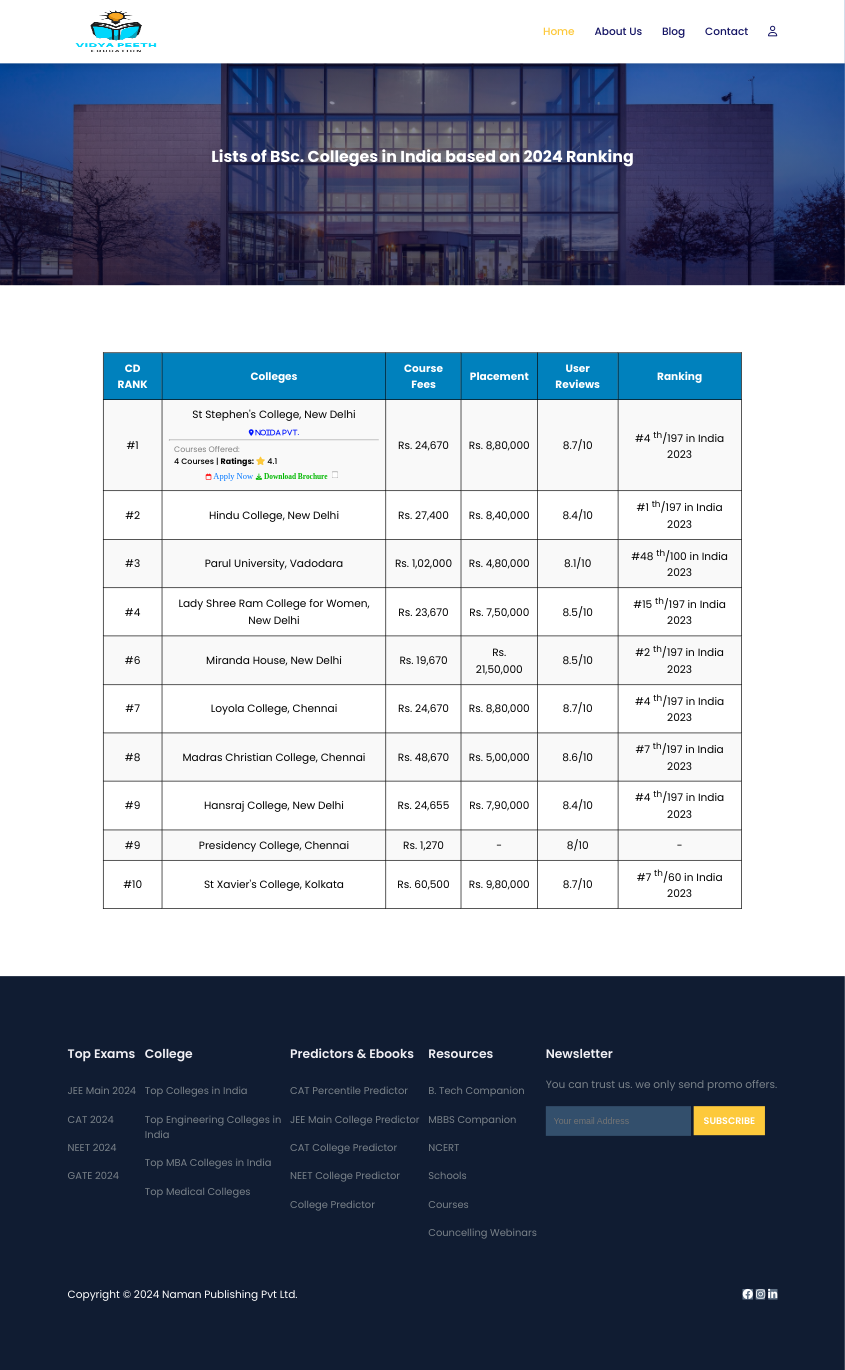
Repository: NamanSahu09/VidyaPreet-Ed-Tech-Website
Page: bsc.html
The author's editor kept a copy of each file at every save. The page is drawn from the files as they stood at one save, then again after the next save.
The browser window is 1280 px wide. The pictures show the whole page, at 66% of full size.
Some web libraries are served in a nearby version.

Above is the page before, as saved 2024-04-12 13:32:53.

### bsc.html
<!DOCTYPE html>
<html lang="en">
<head>
	<meta charset="UTF-8">
	<meta name="viewport" content="width=device-width, initial-scale=1.0">
	<title>Top BSc Colleges in India</title>

	<!-- font Awesome CDN link -->
	<link rel="stylesheet" href="https://cdnjs.cloudflare.com/ajax/libs/font-awesome/6.1.1/css/all.min.css" />

	<!-- External CSS -->
	<!-- <link rel="stylesheet" href="style.css"> -->
	<!-- <link rel="stylesheet" href="about.css"> -->
	<link rel="stylesheet" href="bsc.css">



	<!-- JQuery CDN link -->
	<script src="https://code.jquery.com/jquery-3.6.0.min.js" integrity="sha256-/xUj+3OJU5yExlq6GSYGSHk7tPXikynS7ogEvDej/m4=" crossorigin="anonymous"></script>
</head>
<body>
	<!-- Navigation start -->
	<nav>
		<img src="img/Vidya peeth.png" class="logo" alt="" height="70px"  width="250px"/>

		<div class="navigation">
			<ul>
				<i id="menu-close" class="fas fa-times"></i>
				<li><a href="index.html" class="active">Home</a></li>
				<li><a href="about.html">About Us</a></li>
				<li><a href="blog.html">Blog</a></li>
				<!-- <li><a href="courses.html">Courses</a></li> -->
				<li><a href="contact.html">Contact</a></li>
				<li><a href="#">
					<i class="far fa-user"></i>
					</a>
				</li>


			</ul>

			<img src="img/menu.png" id="menu-btn" alt="">
		</div>
	</nav>
	<!-- Navigation ends -->



  <!-- login sign-up-form -->

  <div class="form">
    <!-- login -->
    <div class="login-form">

      <!-- cancel-btn -->

      <a href="#" class="form-cancel">
        <i class="fas fa-times"></i>
      </a>


      <strong>Log In</strong>
      <!-- inputs -->
      <form >
        <input type="email" placeholder="Example@gmail.com" name="email" required>
        <input type="password" placeholder="Password" name="password" required>
        <!-- submit-btn -->
        <input type="submit" value="Log In">
      </form>

      <!-- Forget-and-signup -->
      <div class="form-btns">
          <a href="#" class="forget">Forget Your Password?</a>
          <a href="#" class="sign-up-btn">Create Account</a>
    </div>

    </div>




     <!-- Sign Up -->
     <div class="sign-up-form">

      <!-- cancel-btn -->

      <a href="#" class="form-cancel">
        <i class="fas fa-times"></i>
      </a>


      <strong>Sign In</strong>
      <!-- inputs -->
      <form >
        <input type="text" placeholder="Full Name" name="fullname" required>
        <input type="email" placeholder="Example@gmail.com" name="email" required>
        <input type="password" placeholder="Password" name="password" required>
        <!-- submit-btn -->
        <input type="submit" value="Sign Up">
      </form>

      <!-- Forget-and-signup -->
      <div class="form-btns">
          <a href="#" class="already-acount">Already have Account?</a>
    </div>

    </div>

  </div>







	<!-- Hero section starts from here -->
	<section id="about-home">
		<h2>
			Lists of BSc. Colleges in India based on 2024 Ranking
		</h2>
	</section>
	<!-- Hero section ends from here -->


	<section id="contact">


		<table cellspacing="10px" cellpadding="10px" border="1" align="center"  class="custom-table">
			<tr align="center">
	<th>CD RANK</th>
	<th>Colleges</th>
	<th>Course Fees</th>
	<th>Placement</th>
	<th>User Reviews</th>
	<th>Ranking</th>
	</tr>

	<tr align="center">
	<td>#1</td>
	<td><a href="https://www.ststephens.edu/">St Stephen's College, New Delhi</a><br>
		<i class="fa-solid fa-location-dot " style="font-size: 10px; "> Noida Pvt.</i>
		<hr>


	<p style="font-size: 12px; color: grey; margin-left: 0.5rem; margin-top: 4px;" align="left">Courses Offered:</p>
	<p align="left" style="margin-left: 0.5rem; font-size: 12px; font-weight: 500; ">4 Courses |
			<b>Ratings: </b><i align="left" class="fa-solid fa-star"></i> 4.1
	</p>



	<i class="fa-regular fa-calendar" align="left"><a href="https://www.ststephens.edu/"> Apply Now </a></i>
	<i class="fa-solid fa-download" align="center"><a href=""> Download Brochure</a></i>
	<input type="checkbox"><span></span>









	</td>
	<td>Rs. 24,670</td>
	<td>Rs. 8,80,000</td>
	<td>8.7/10</td>
	<td>#4 <sup>th</sup>/197 in India 2023 </td>
	</tr>

	<tr align="center">
	<td>#2</td>
	<td><a href="https://hinducollege.ac.in/">Hindu College, New Delhi  </a></td>
	<td>Rs. 27,400</td>
	<td>Rs. 8,40,000</td>
	<td>8.4/10</td>
	<td>#1 <sup>th</sup>/197 in India 2023 </td>
	</tr>	<tr align="center">
	<td>#3</td>
	<td><a href="https://paruluniversity.ac.in/">Parul University, Vadodara</a></td>
	<td>Rs. 1,02,000</td>
	<td>Rs. 4,80,000</td>
	<td>8.1/10</td>
	<td>#48 <sup>th</sup>/100 in India 2023 </td>
	</tr>	<tr align="center">
	<td>#4</td>
	<td>Lady Shree Ram College for Women, New Delhi</td>
	<td>Rs. 23,670</td>
	<td>Rs. 7,50,000</td>
	<td>8.5/10</td>
	<td>#15 <sup>th</sup>/197 in India 2023 </td>
	</tr>	<tr align="center">
	<td>#6</td>
	<td>Miranda House, New Delhi</td>
	<td>Rs. 19,670</td>
	<td>Rs. 21,50,000</td>
	<td>8.5/10</td>
	<td>#2 <sup>th</sup>/197 in India 2023 </td>
	</tr>	<tr align="center">
	<td>#7</td>
	<td>Loyola College, Chennai</td>
	<td>Rs. 24,670</td>
	<td>Rs. 8,80,000</td>
	<td>8.7/10</td>
	<td>#4 <sup>th</sup>/197 in India 2023 </td>
	</tr>	<tr align="center">
	<td>#8</td>
	<td>Madras Christian College, Chennai</td>
	<td>Rs. 48,670</td>
	<td>Rs. 5,00,000</td>
	<td>8.6/10</td>
	<td>#7 <sup>th</sup>/197 in India 2023 </td>
	</tr>	<tr align="center">
	<td>#9</td>
	<td>Hansraj College, New Delhi</td>
	<td>Rs. 24,655</td>
	<td>Rs. 7,90,000</td>
	<td>8.4/10</td>
	<td>#4 <sup>th</sup>/197 in India 2023 </td>
	</tr>	<tr align="center">
	<td>#9</td>
	<td>Presidency College, Chennai</td>
	<td>Rs. 1,270</td>
	<td> - </td>
	<td>8/10</td>
	<td > - </td>
	</tr>	<tr align="center">
	<td>#10</td>
	<td>St Xavier's College, Kolkata</td>
	<td>Rs. 60,500</td>
	<td>Rs. 9,80,000</td>
	<td>8.7/10</td>
	<td>#7 <sup>th</sup>/60 in India 2023 </td>
	</tr>


	</table>












	</section>






<!--
	<section id="map">
		<iframe src="https://www.google.com/maps/embed?pb=!1m18!1m12!1m3!1d30711686.029386617!2d64.41853642919325!3d20.009139591170264!2m3!1f0!2f0!3f0!3m2!1i1024!2i768!4f13.1!3m3!1m2!1s0x30635ff06b92b791%3A0xd78c4fa1854213a6!2sIndia!5e0!3m2!1sen!2sin!4v1652012148253!5m2!1sen!2sin" style="border:0;" allowfullscreen="" loading="lazy" referrerpolicy="no-referrer-when-downgrade"></iframe>
	</section> -->


	<!-- Footer section starts from here -->
	<footer>
		<div class="footer-col">
			<h3>Top Exams</h3>
			<li>JEE Main 2024</li>
			<li>CAT 2024</li>
			<li>NEET 2024</li>
			<li>GATE 2024</li>

		</div>

		<div class="footer-col">
			<h3>College</h3>
			<li>Top Colleges in India</li>
			<li>Top Engineering Colleges in <br>India</li>
			<li>Top MBA Colleges in India</li>
			<li>Top Medical Colleges</li>
		</div>

		<div class="footer-col">
			<h3>Predictors & Ebooks</h3>
			<li>CAT Percentile Predictor</li>
			<li>JEE Main College Predictor</li>
			<li>CAT College Predictor</li>
			<li>NEET College Predictor</li>
			<li>College Predictor</li>
		</div>

		<div class="footer-col">
			<h3>Resources</h3>
			<li>B. Tech Companion</li>
			<li>MBBS Companion</li>
			<li>NCERT</li>
			<li>Schools</li>
			<li>Courses</li>
			<li>Councelling Webinars</li>
		</div>

		<div class="footer-col">
			<h3>Newsletter</h3>
			<p>You can trust us. we only send promo offers.</p>

			<div class="subscribe">
				<input type="email" placeholder="Your email Address">
				<a href="#" class="yellow">SUBSCRIBE</a>
			</div>
		</div>

		<div class="copyright">
			<p align="center">
				Copyright &copy; 2024 Naman Publishing Pvt Ltd.
			</p>
			<div class="pro-links">
				<i class="fab fa-facebook"></i>
				<i class="fab fa-instagram"></i>
				<i class="fab fa-linkedin-in"></i>
			</div>
		</div>
	</footer>
	<!-- Footer section ends from here -->

	<script>
		// Show menu links on burger click
		$('#menu-btn').click(function(){
			$('nav .navigation ul').addClass('active')
		});

		// Hide navbar on click function
		$('#menu-close').click(function(){
			$('nav .navigation ul').removeClass('active')
		});

 /*---For Login and Sign-up----------------------------*/

 $(document).on('click', '.far.fa-user', function(){
    $('.form').addClass('login-active').removeClass('sign-up-active');
});

$(document).on('click', '.sign-up-btn', function(){
    $('.form').removeClass('login-active').addClass('sign-up-active');
});

$(document).on('click', '.form-cancel', function(){
    $('.form').removeClass('login-active').removeClass('sign-up-active');
});

$(document).on('click', '.already-acount', function(){
    $('.form').addClass('login-active').removeClass('sign-up-active');
});


	</script>

</body>
</html>

### bsc.css
@import url('https://fonts.googleapis.com/css2?family=Inter:wght@100;200;300;400;500&family=Poppins:ital,wght@0,100;0,200;0,300;0,400;0,500;0,600;0,700;0,800;0,900;1,700;1,800;1,900&display=swap');
*
{
	margin: 0;
	padding: 0;
	box-sizing: border-box;
}
body
{
	font-family: 'Poppins', sans-serif;
}
h1
{
	font-size: 2.5rem;
	font-weight: 700;
	color: rgb(35, 35, 85);
}

span
{
	font-size: .9rem;
}

h6
{
	font-size: 1.1rem;
	color: rgb(24, 24, 49);
}


/*------------- Navigation style start ------------*/
nav
{
	position: fixed;
	width: 100%;
	background-color: #fff;
	display: flex;
	justify-content: space-between;
	align-items: center;
	padding: 1vw 8vw;
	box-shadow: 2px 2px 10px rgba(0, 0, 0, 0.15);
	z-index: 1;
}

nav .logo
{
	width: 150px;
	cursor: pointer;
}

nav .navigation
{
	display: flex;
}

#menu-btn
{
	width: 30px;
	height: 30px;
	display: none;
}

#menu-close
{
	display: none;
}

nav .navigation ul
{
	display: flex;
	justify-content: flex-end;
	align-items: center;
}

nav .navigation ul li
{
	list-style: none;
	margin-left: 30px;
}

nav .navigation ul li a
{
	text-decoration: none;
	color: rgb(21, 21, 100);
	font-size: 16px;
	font-weight: 500;
	transition: 0.3s ease;
}

nav .navigation ul li a.active,
nav .navigation ul li a:hover
{
	color: #FDC93B;

}
/*------------- Navigation style end ------------*/

/* Login Form and Sign In form */


.form{
  width:100%;
  height: 100%;
  position: fixed;
  /* top: 0px;
  left: 0px; */
  background-color: rgba(0,0,0,0.2);
  display: flex;
  justify-content: center;
  align-items: center;
  flex-direction: column;
  z-index: 102;
}


.login-form,
.sign-up-form{
  width:420px;
  padding: 20px 10px;
  background-color: #ffffff;
  box-shadow: 2px 2px 30px rgba(0,0,0,0.1);
  display: flex;
  justify-content: center;
  align-items: center;
  flex-direction: column;
  border-radius: 5px;
  position: relative;

}
.login-form form,
.sign-up-form form{
  display: flex;
  justify-content: center;
  align-items: center;
  flex-direction: column;
  width: 100%;
}
.login-form strong,
.sign-up-form strong{
  color: #272727;
  font-size: 2rem;
  margin: 2px 7px 7px 7px;
  text-transform: uppercase;
  letter-spacing: 0.5px;
  font-weight: 500;
}
.login-form input,
.sign-up-form input{
  width:90%;
  height: 45px;
  margin: 6px 0px;
  padding: 0px 10px;
  border: 1px solid rgba(0,0,0,0.1);
  outline: none;
  border-radius: 7px;
}
.login-form input::placeholder,
.sign-up-form input::placeholder{
  color: rgba(0,0,0,0.5);
}
.login-form input[type="submit"],
.sign-up-form input[type="submit"]{
  background-color: #0b9d8a;
  color: #ffffff;
  border: none;
  outline: none;
  text-transform: uppercase;
  margin-top: 10px;
  border-radius: 3px;
  box-shadow: 2px 2px 30px rgba(0,0,0,0.1);
}
.form-btns{
  width: 90%;
  display: flex;
  justify-content: space-between;
  align-items: center;
  margin-top: 10px;
}
.form-btns a{
  color: #4d4d4d;
  font-size: 0.9rem;
}
.sign-up-btn{
  border-bottom: 1px solid #868686;
  line-height: 16px;
}
.form-cancel{
  position: absolute;
  right: 20px;
  top: 10px;
  color: #868686;
}
.login-form,
.sign-up-form,
.form{
  display: none;
}
.login-active,
.login-active .login-form{
  display: flex;
  animation: fade 0.3s;
}

.sign-up-active,
.sign-up-active .sign-up-form{
  display: flex;
  animation: fade 0.3s;
}
@keyframes fade{
  0%{
      opacity: 0;
  }
  100%{
      opacity: 1;
  }
}

/* - - - - - - - - - - - - - - - - - - - --  - - - - - - -  */






#contact
{
	padding: 8vw;
	display: flex;
	justify-content: space-between;
	align-items: flex-start;
}



/* ----------------------------------------------------------------------------------------------------- */

/* Table  */


.custom-table {
  width: 90%;
  margin: 0 auto;
  border-collapse: collapse;
}

/* Apply styles to table header cells (th) */
.custom-table th {
  background-color: #0081bd;
	color:white;
  border: 1px solid black;
  padding: 10px;
  text-align: center;
}

/* Apply styles to table data cells (td) */
.custom-table td {
  border: 1px solid black;
  padding: 10px;
  text-align: center;
}

/* Apply alternate background color to even rows */
.custom-table tr:nth-child(even) {
  background-color: #f9f9f9;
}




/* -------------------------------------------------------- */




#about-home {
	background-image: linear-gradient(rgba(9, 5, 54, 0.3), rgba(5, 4, 46, 0.7)), url(img/back1.jpg);
	width: 100%;
	height: 60vh;
	background-size: cover;
	background-position: center center;
	display: flex;
	flex-direction: column;
	justify-content: center;
	align-items: center;
	text-align: center;
	padding-top: 40px;
}

h2 {
	display: block;
	font-size: 1.5em;
	margin-block-start: 0.83em;
	margin-block-end: 0.83em;
	margin-inline-start: 0px;
	margin-inline-end: 0px;
	font-weight: bold;
	unicode-bidi: isolate;
	color:white;
}




table td a
{
	color:black;
	text-decoration: none;
}

table td a:hover
{
	text-decoration: underline;
	color: blue;
}


 .fa-star
{
	color: #fdc93b;
	font-size: .8rem;
}
.star
{
	font-size: 0.7rem;
	/* background-color: #98adb7; */
  /* color:white; */
  padding: 10px;
  text-align: left;
}

.fa-location-dot
{
	color: #0015ff;
	font-size:0.1rem;
	text-align:left;
}



.fa-calendar
{
	font-size: 0.6rem;
	color:red
}

 .fa-calendar a
{
	font-size: 0.8rem;
	color:rgb(0, 119, 255);
	font-family: 'Times New Roman', Times, serif;
}

.fa-download
{
	font-size: 0.6rem;
	color:rgb(0, 184, 0);
}

.fa-download a
{
	font-size: 0.7rem;
	color:rgb(0, 184, 0);
	font-family: 'Times New Roman', Times, serif;
}
input[type="checkbox"] {
  transform: scale(0.8);
  margin-right: 5px;
}


label

{
	font-size: 0.6rem;

}





















































/*------------- Footer section styling starts ------------*/
footer
{
	padding: 8vw;
	background-color: #101c32;
	display: flex;
	justify-content: space-between;
	align-items: flex-start;
	flex-wrap: wrap;
}

footer .footer-col
{
	padding-bottom: 40px;
}

footer h3
{
	color: rgb(241, 240, 245);
	font-weight: 600;
	padding-bottom: 20px;
}

footer li
{
	list-style: none;
	color: #7b838a;
	padding: 10px 0;
	font-size: 15px;
	cursor: pointer;
	transition: 0.3s ease;
}

footer li:hover
{
	color: rgb(241, 240, 245);
}

footer p
{
	color: #7b838a;
}

footer .subscribe
{
	margin-top: 20px;
}

footer input
{
	width: 220px;
	padding: 15px 12px;
	background: #334F6C;
	border: none;
	outline: none;
	color: #fff;
}

footer .subscribe a
{
	text-decoration: none;
	font-size: 0.9rem;
	padding: 12px 15px;
	background-color: #fff;
	font-weight: 600;
}

footer .subscribe a.yellow
{
	color: #fff;
	background: #fdc93b;
	transition: 0.3s ease;
}

footer .subscribe a.yellow:hover
{
	color: rgb(21, 21, 100);
	background: #fff;
}

footer .copyright
{
	margin-top: 20px;
	width: 100%;
	display: flex;
	justify-content: space-between;
	align-items: center;
	flex-wrap: wrap;
}

footer .copyright p, footer .copyright p > a
{
	color: #fff;
	text-decoration: none;
}

footer .copyright .pro-links
{
	margin-top: 0px;
}

footer .copyright .pro-links i
{
	background-color: #5f7185;
	color: #fff;
}

footer .copyright .pro-links i:hover
{
	background: #fdc93b;
	color: #2c2c2c;
}
/*------------- Footer section styling ends ------------*/



/*---------------------------------------------------------*/
/*-------------------- Ipad screen styling ----------------*/
/*---------------------------------------------------------*/
@media screen and (max-width: 789px)
{
	nav
	{
		padding: 15px 20px;
	}

	nav img
	{
		width: 130px;
	}

	#menu-btn
	{
		display: initial;
	}

	#menu-close
	{
		display: initial;
		font-size: 1.6rem;
		color: #fff;
		padding: 30px 0 20px 20px;
	}

	nav .navigation ul
	{
		position: absolute;
		top: 0;
		right: -220px;
		display: flex;
		flex-direction: column;
		justify-content: flex-start;
		align-items: flex-start;
		width: 220px;
		height: 100vh;
		background: rgba(17, 20, 104, 0.45);
		backdrop-filter: blur(4.5px);
		border: 1px solid rgba(255, 255, 255, 0.18);
		transition: 0.3s ease-in;
	}

	nav .navigation ul.active
	{
		right: 0;
	}

	nav .navigation ul li
	{
		padding: 20px 0 20px 40px;
		margin-left: 0;
	}

	nav .navigation ul li a
	{
		color: #fff;
	}

	#home
	{
		padding: 0px;
	}

	#home p
	{
		width: 90%;
	}

	#features
	{
		padding: 8vw 4vw 0 4vw;
	}

	#course
	{
		padding: 8vw 4vw 8vw 4vw;
	}


	#registration
	{
		padding: 6vw 4vw 6vw 4vw;
		gap: 2.2rem;
	}

	#registration .reminder .time
	{
		display: flex;
		justify-content: space-between;
		flex-wrap: wrap;
		margin-top: 40px;
	}

	#experts
	{
		padding: 8vw 4vw 6vw 4vw;
	}

	footer .copyright .pro-links
	{
		margin-top: 20px;
	}
}


@media screen and (max-width: 475px)
{
	#registration
	{
		flex-direction: column;
	}

	.reminder p, .reminder h1
	{
		text-align: center;
	}

	.reminder h1
	{
		font-size: 1.8rem;
	}

	#registration .reminder .time
	{
		justify-content: space-evenly;
		margin-top: 20px;
	}
}

After the next save:
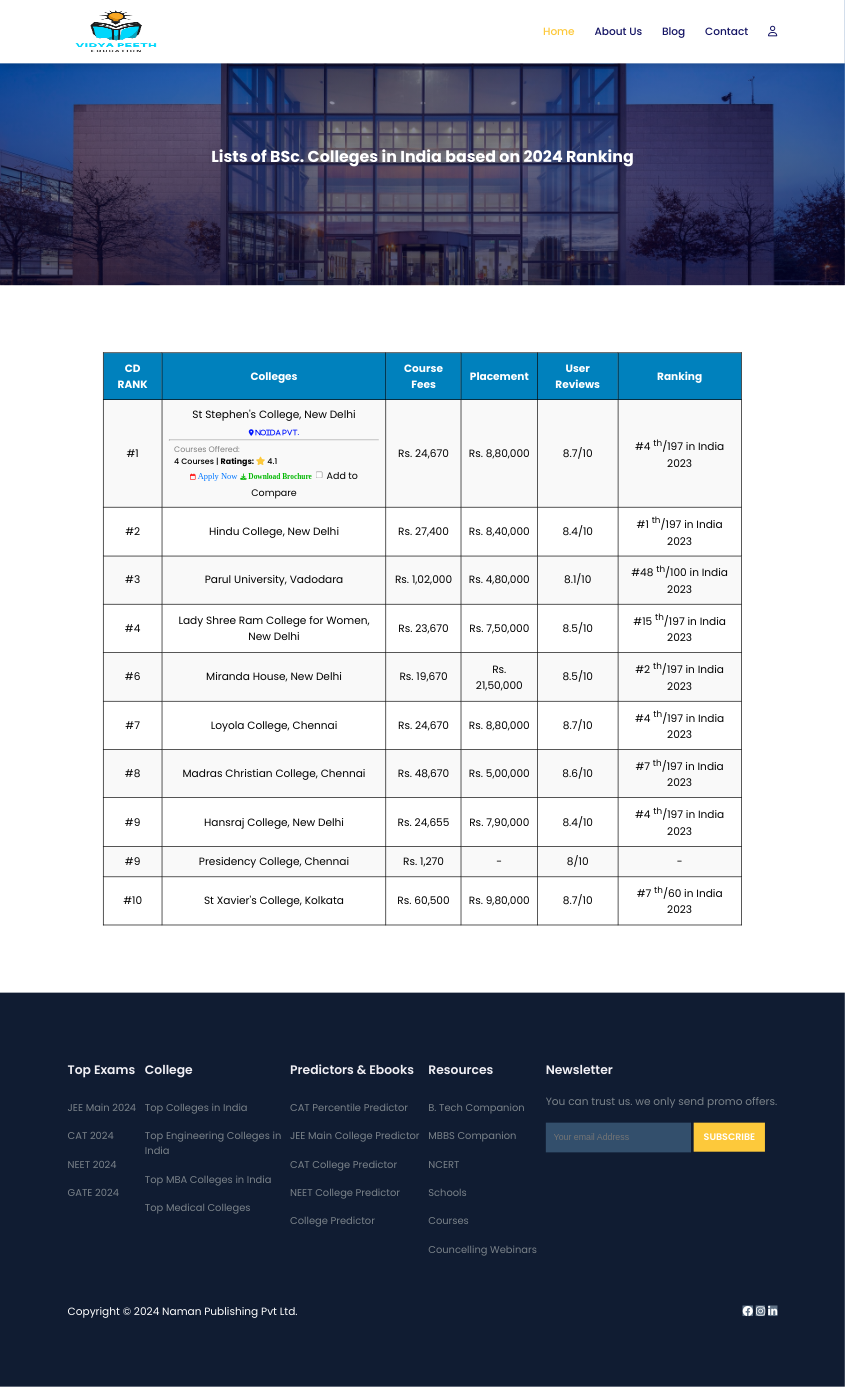
Saved 5 s later.
--- a/bsc.html
+++ b/bsc.html
@@ -152,7 +152,7 @@
 
 	<i class="fa-regular fa-calendar" align="left"><a href="https://www.ststephens.edu/"> Apply Now </a></i>
 	<i class="fa-solid fa-download" align="center"><a href=""> Download Brochure</a></i>
-	<input type="checkbox"><span></span>
+	<input type="checkbox"><span>Add to Compare</span>
 
 
 

After the save that followed:
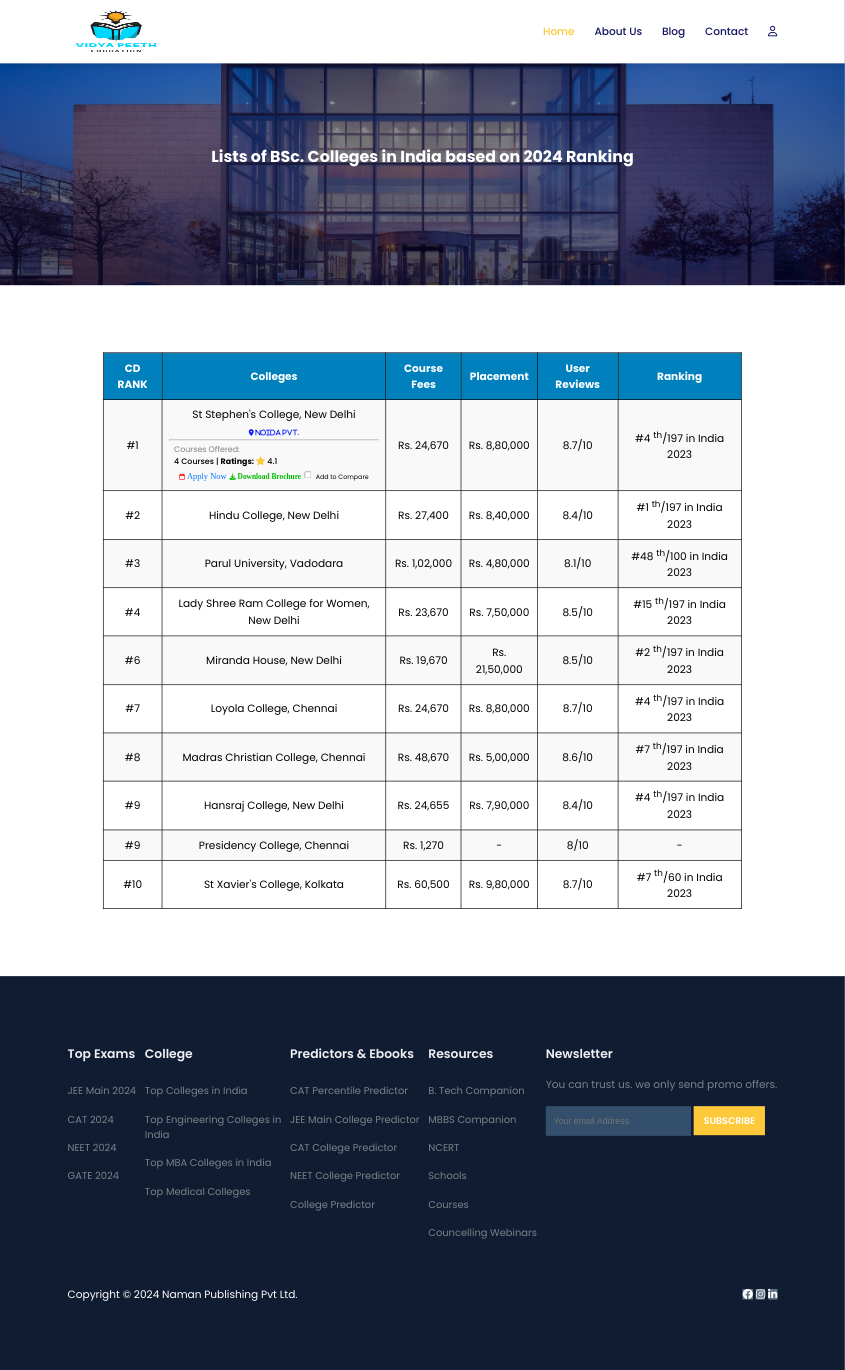
Saved 14 s later.
--- a/bsc.css
+++ b/bsc.css
@@ -368,7 +368,7 @@
 }
 
 
-label
+span
 
 {
 	font-size: 0.6rem;
